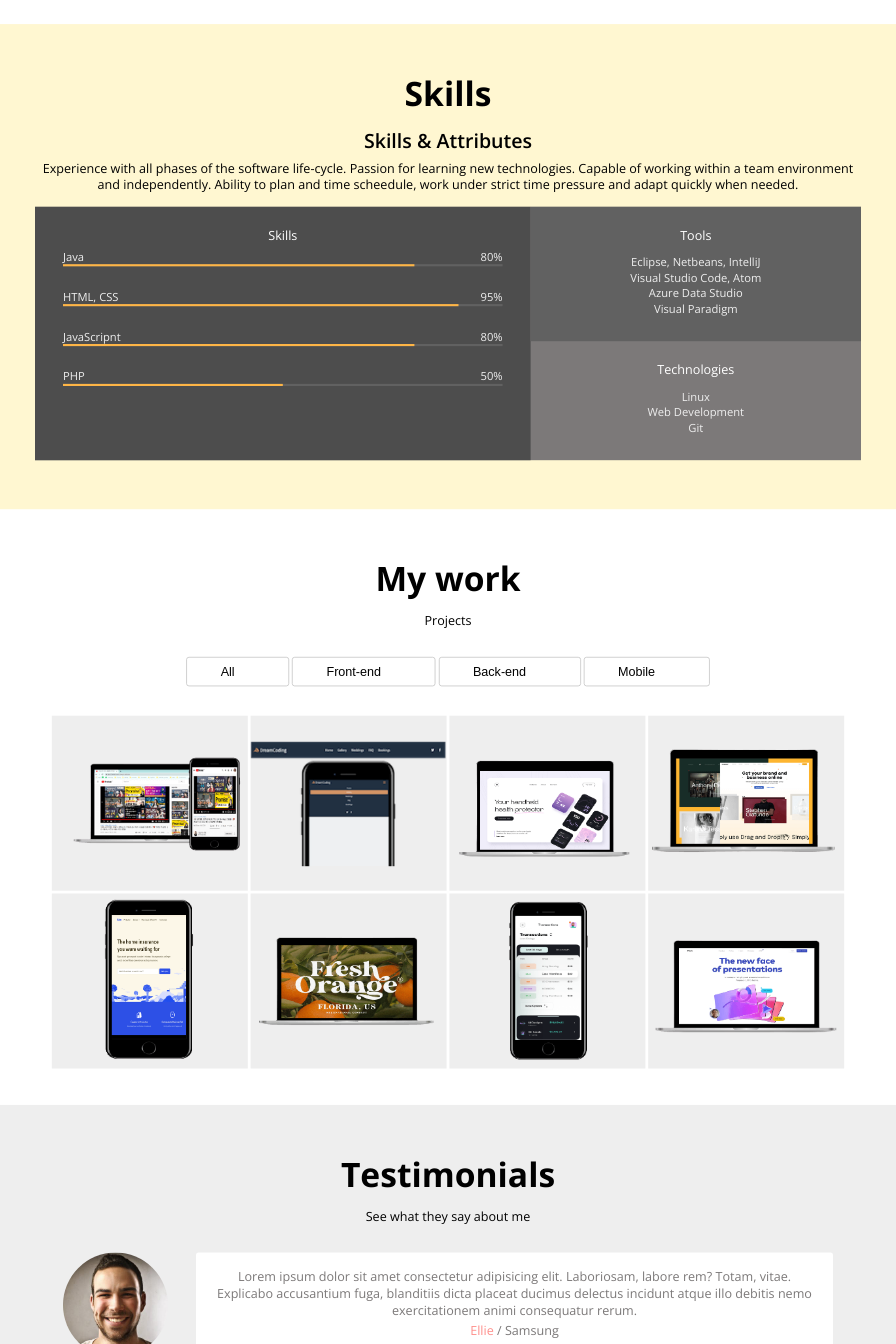
Repository: jennyjjung/portfolio.v0
Page: index.html
These files come from the project's save history. The page is drawn as it stood at one moment and after the next save; the edit follows.
The browser window is 1280 px wide. The pictures show the part of the page from y = 1598 to 3518 px (the page is 4226 px tall), at 70% of full size.
Some web libraries are served in a nearby version.

Above is the page before, as saved 2022-02-28 11:05:18.

After the next save:
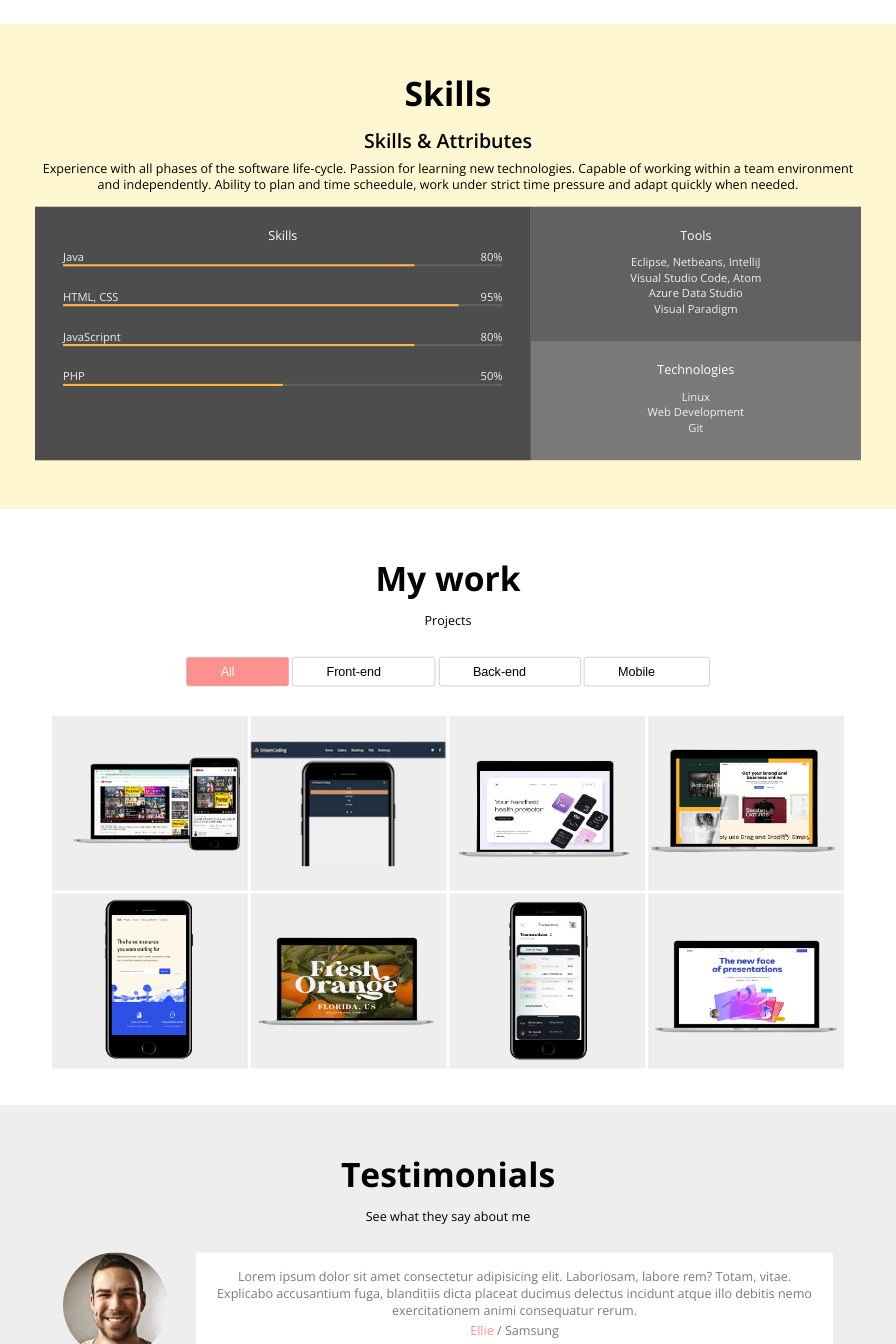
Saved 22 s later.
--- a/style.css
+++ b/style.css
@@ -315,7 +315,7 @@ p {
   padding: 8px 48px;
 }
 
-.category__btn.active,
+.category__btn.selected,
 .category__btn:hover {
   background-color: var(--color-pink);
   color: var(--color-white);
